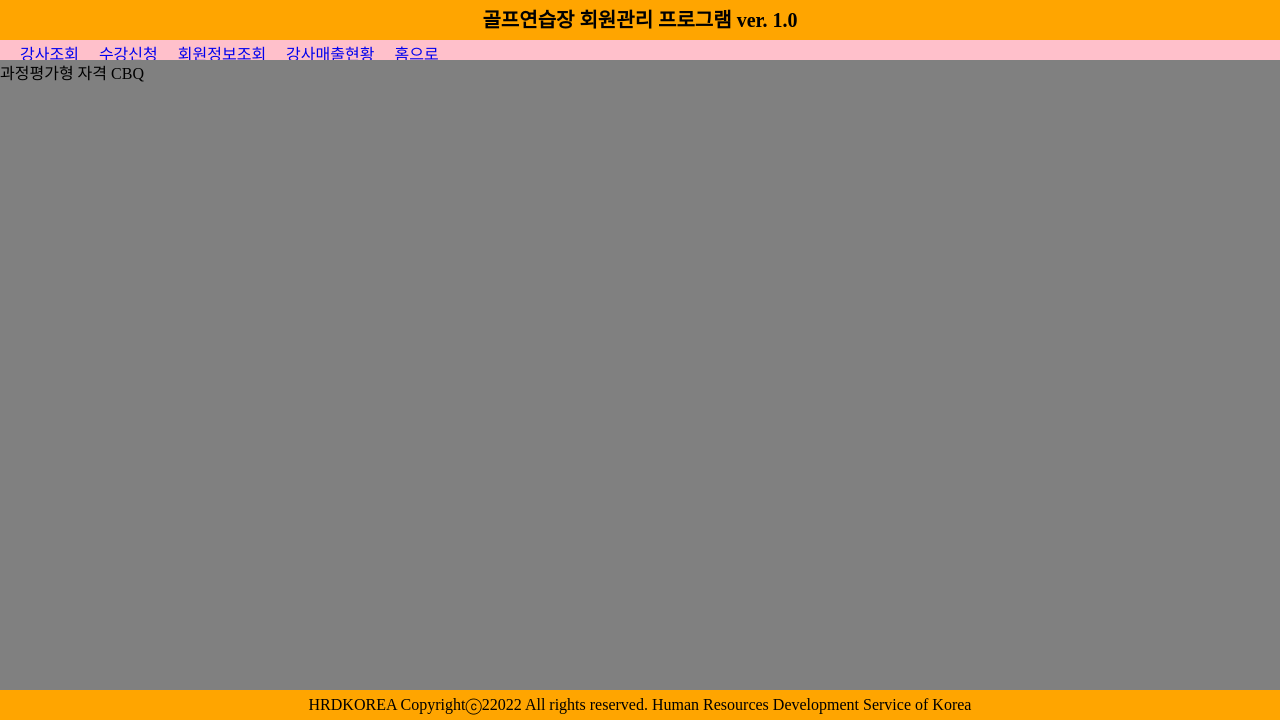
Repository: leesuyeon116/HRD_3
Page: http://localhost/HRD_0505/
These files come from the project's save history. The page is drawn as it stood at one moment and after the next save; the edit follows.
The browser window is 1280 px wide. The pictures show the whole page.
The page is served by Tomcat 9.

Above is the page before, as saved 2024-05-05 08:29:48.

### workspace/HRD_0505/src/main/webapp/index.jsp
<%@ page language="java" contentType="text/html; charset=UTF-8"
    pageEncoding="UTF-8"%>
<!DOCTYPE html>
<html>
<head>
<meta charset="UTF-8">
<title>index</title>
</head>
<body>
<jsp:include page="header.jsp"></jsp:include>
<section style="position: fixed; top: 60px; left: 0px; width: 100%; height: 100%; background-color: gray ">
과정평가형 자격 CBQ
</section>

<jsp:include page="footer.jsp"></jsp:include>
</body>
</html>

### workspace/HRD_0505/src/main/webapp/header.jsp
<%@ page language="java" contentType="text/html; charset=UTF-8"
    pageEncoding="UTF-8"%>
<!DOCTYPE html>
<html>
<head>
<meta charset="UTF-8">
<title>header</title>
</head>
<body>
<header style="position: fixed; top: 0px; left: 0px; width: 100%; height: 40px; line-height: 40px; background-color: orange;
	text-align: center; font-size: 20px">
<b>골프연습장 회원관리 프로그램 ver. 1.0</b>
</header>

<nav style="position: fixed; top: 40px; left: 0px; width: 100%; height: 30px; line-height: 30px; background-color: pink;
	padding-left: 20px">
	<a href=".jsp">강사조회</a> &nbsp; &nbsp;
	<a href=".jsp">수강신청</a> &nbsp; &nbsp;
	<a href="m_list.jsp">회원정보조회</a> &nbsp; &nbsp;
	<a href=".jsp">강사매출현황</a> &nbsp; &nbsp;
	<a href="index.jsp">홈으로</a> &nbsp; &nbsp;
</nav>
</body>
</html>

### workspace/HRD_0505/src/main/webapp/footer.jsp
<%@ page language="java" contentType="text/html; charset=UTF-8"
    pageEncoding="UTF-8"%>
<!DOCTYPE html>
<html>
<head>
<meta charset="UTF-8">
<title>footer</title>
</head>
<body>
<footer style="position: fixed; bottom: 0px; left: 0px; width: 100%; height: 30px; line-height: 30px; background-color: orange;
	text-align: center">
	HRDKOREA Copyrightⓒ22022 All rights reserved. Human Resources Development Service of Korea
</footer>
</body>
</html>

After the next save:
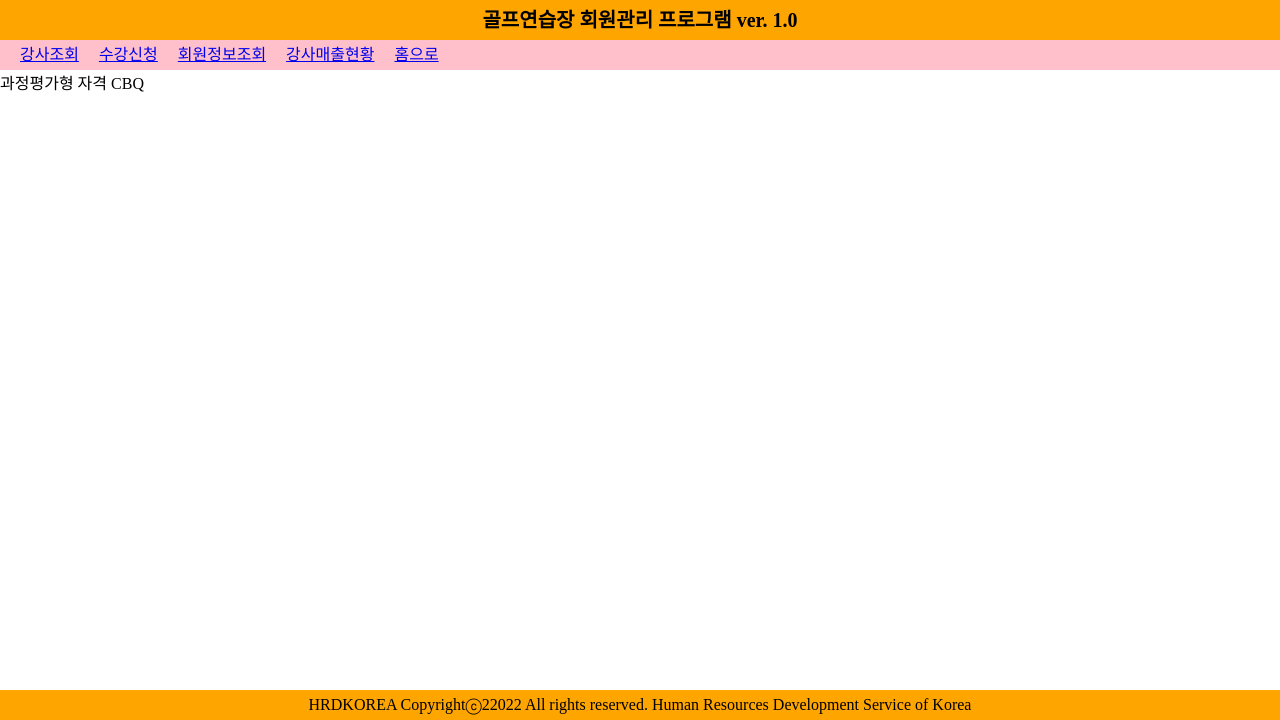
Saved 28 s later.
--- a/workspace/HRD_0505/src/main/webapp/index.jsp
+++ b/workspace/HRD_0505/src/main/webapp/index.jsp
@@ -8,7 +8,7 @@
 </head>
 <body>
 <jsp:include page="header.jsp"></jsp:include>
-<section style="position: fixed; top: 60px; left: 0px; width: 100%; height: 100%; background-color: gray ">
+<section style="position: fixed; top: 70px; left: 0px; width: 100%; height: 100%; background-color: leithgray ">
 과정평가형 자격 CBQ
 </section>
 

After the 3 saves that followed:
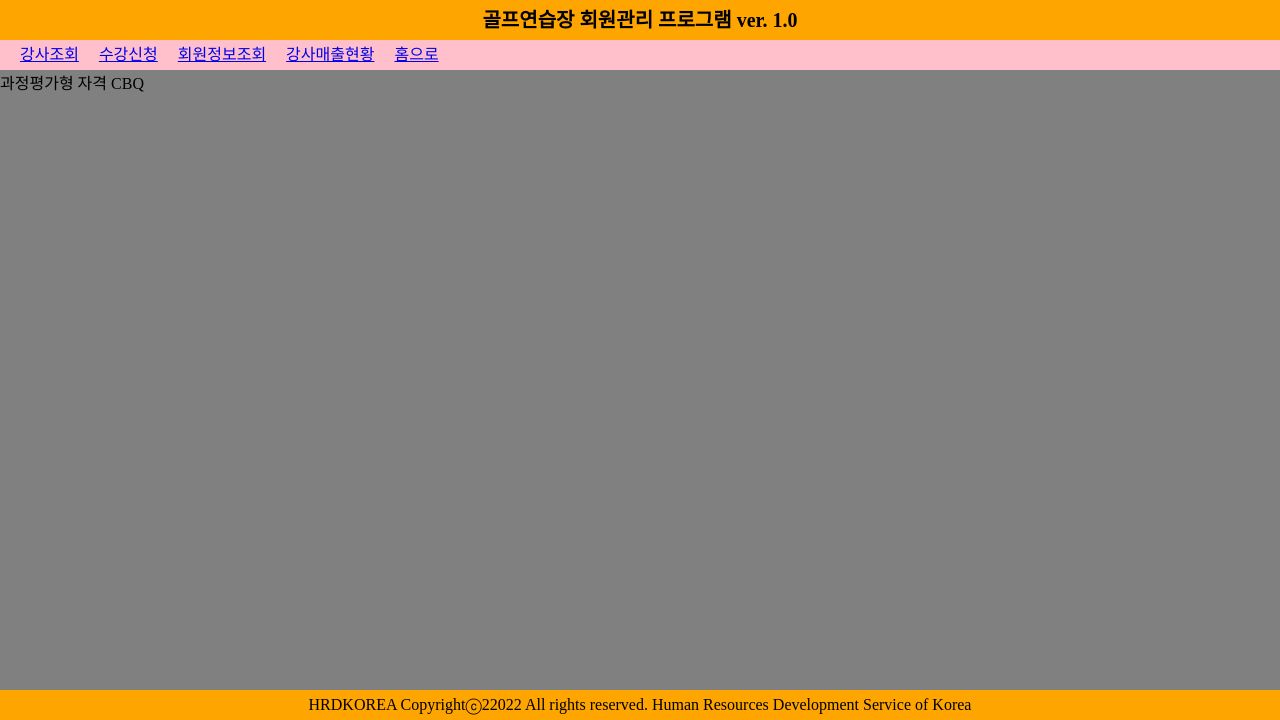
The 3 saves are shown as one change because 1 left the picture as it was and some came seconds apart.
The last was saved 21 s later.
--- a/workspace/HRD_0505/src/main/webapp/index.jsp
+++ b/workspace/HRD_0505/src/main/webapp/index.jsp
@@ -8,7 +8,7 @@
 </head>
 <body>
 <jsp:include page="header.jsp"></jsp:include>
-<section style="position: fixed; top: 70px; left: 0px; width: 100%; height: 100%; background-color: leithgray ">
+<section style="position: fixed; top: 70px; left: 0px; width: 100%; height: 100%; background-color: gray ">
 과정평가형 자격 CBQ
 </section>
 
